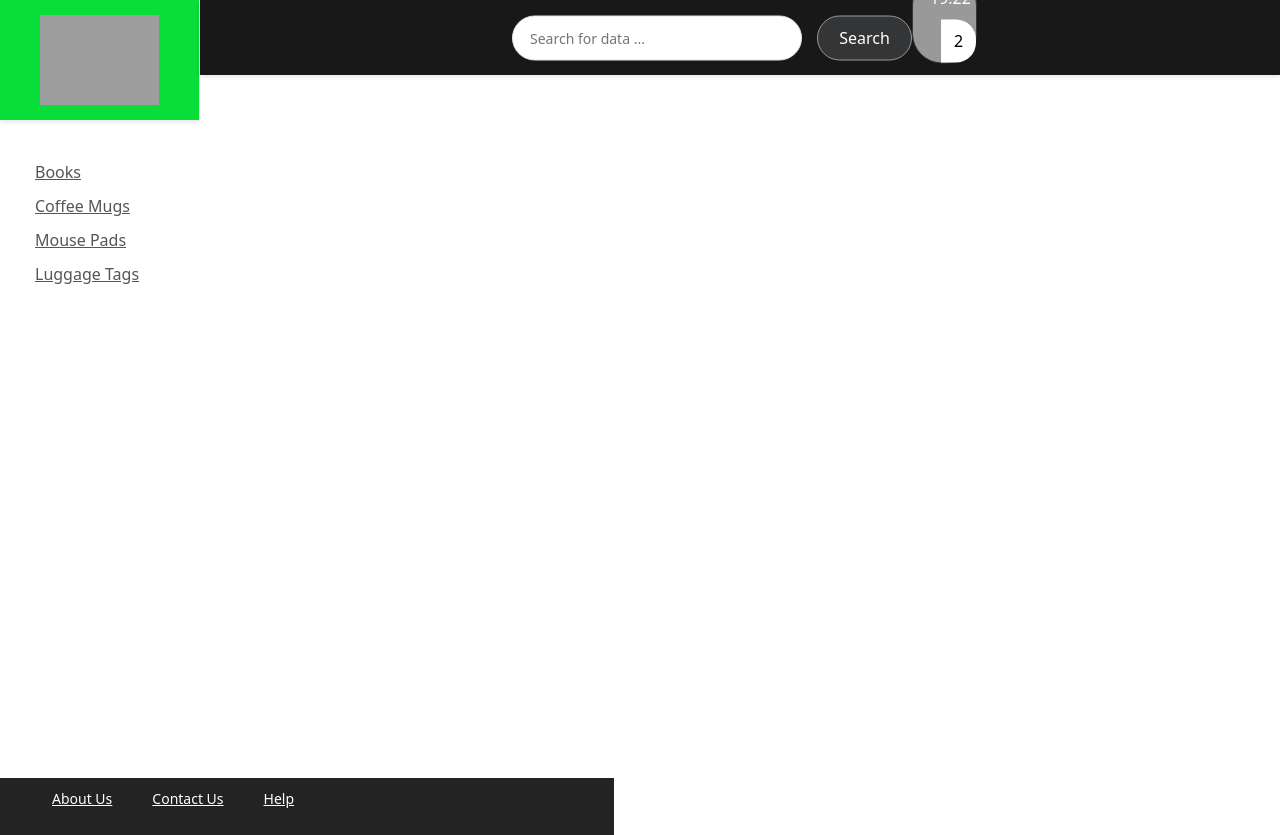
Repository: mustafa-alperen-yilmaz/e-commerce-app
Page: / (app in ecommerceangular/)
These files come from the project's save history. The page is drawn as it stood at one moment and after the next save; the edit follows.
The browser window is 1280 px wide. The pictures show the whole page.
Pictures or frames that could not be fetched are drawn as grey boxes. The page's requests for data from a server got no answer. The project was rebuilt for these pictures with package versions that can differ from the ones it lists, and the page was loaded fresh each time. No one was signed in, and anything a server would have sent is missing. Also part of the build but not shown: ecommerceangular/angular.json.

Above is the page before, as saved 2023-03-08 02:50:58.

### ecommerceangular/src/index.html
<!doctype html>
<html lang="en">
<head>
  <meta charset="utf-8">
  <meta name="viewport" content="width=device-width, initial-scale=1 , shrink-to-fit=no">
  <title>Ecommerce App</title>
  <base href="/">
  <link rel="icon" type="image/x-icon" href="favicon.ico">
</head>
<body>
  <app-root></app-root>
</body>
</html>

### ecommerceangular/src/styles.css
*{
  margin:0;
  padding:0;
  -webkit-box-sizing:border-box;
  -moz-box-sizing:border-box;
  box-sizing:border-box
}

body{
  font-family:Poppins,sans-serif;
  font-weight:400;
  font-size:16px;
  line-height:1.625;
  color:#666;
  -webkit-font-smoothing:antialiased;
  -moz-osx-font-smoothing:grayscale
}

ul{
  margin:0
}

button,input[type=button]{
  cursor:pointer
}

button:focus,input:focus{
  outline:0
}

input{
  border:none
}

button{
  border:none;
  background:0 0
}

img{
  max-width:100%;
  height:auto
}

p{
  margin:0
}

h1,h2,h3,h4,h5,h6{
  color:#333;
  font-weight:700;
  margin:0;
  line-height:1.2
}

h1{
  font-size:36px
}

h2{
  font-size:30px
}

h3{
  font-size:24px
}

h4{
  font-size:18px
}

h5{
  font-size:15px
}

h6{
  font-size:13px
}

a{
  display:inline-block
}

a:active,a:focus,a:hover{
  text-decoration:none;
  outline:0
}

a,a:hover{
  -webkit-transition:all .3s ease;
  -o-transition:all .3s ease;
  -moz-transition:all .3s ease;
  transition:all .3s ease
}

/*Layout Css*/
.section-content-p35{
  padding:0 35px
}

.page-wrapper{
  overflow:hidden;
  background:#e5e5e5;
  padding-bottom:8vh
}

.page-container{
  background:#f5f5f5;
  padding-left:200px
}

.main-content{
  padding-top:116px;
  min-height:100vh
}

aside.menu-sidebar.d-none.d-lg-block.clr{
  background:0 0;
  z-index:99999999;
  height:75px;
  box-shadow:-2px 0 4px #0000003b
}

/*
* ----------------------------
* Header Desktop Section
* ----------------------------
*/

.header-desktop{
  background:#181818;
  -webkit-box-shadow:0 2px 5px 0 rgba(0,0,0,.1);
  -moz-box-shadow:0 2px 5px 0 rgba(0,0,0,.1);
  box-shadow:0 2px 5px 0 rgba(0,0,0,.1);
  position:fixed;
  top:0;
  right:0;
  left:200px;
  height:75px;
  z-index:3
}

.header-desktop .section-content{
  overflow:visible;
  position:absolute;
  top:50%;
  left:0;
  right:0;
  -webkit-transform:translateY(-50%);
  -moz-transform:translateY(-50%);
  -ms-transform:translateY(-50%);
  -o-transform:translateY(-50%);
  transform:translateY(-50%)
}

.header-wrap{
  display:-webkit-box;
  display:-webkit-flex;
  display:-moz-box;
  display:-ms-flexbox;
  display:flex;
  -webkit-box-align:center;
  -webkit-align-items:center;
  -moz-box-align:center;
  -ms-flex-align:center;
  align-items:center;
  -webkit-box-pack:justify;
  -webkit-justify-content:space-between;
  -moz-box-pack:justify;
  -ms-flex-pack:justify;
  justify-content:space-between
}

.header-button{
  display:-webkit-box;
  display:-webkit-flex;
  display:-moz-box;
  display:-ms-flexbox;
  display:flex;
  -webkit-box-align:center;
  -webkit-align-items:center;
  -moz-box-align:center;
  -ms-flex-align:center;
  align-items:center
}

.number{
  padding:6px 0
}

.arrows i{
  font-size:30px;
  padding:4px 4px
}

section{
  position:relative
}

.section-content{
  position:relative;
  margin:0 auto;
  z-index:1
}

.section-content-p30{
  padding:0 300px
}

.au-input-xl{
  min-width:935px
}

input.au-input.au-input-xl{
  border-radius:40px!important;
  margin-right:15px
}

.au-input{
  line-height:43px;
  border:1px solid #e5e5e5;
  font-size:14px;
  color:#666;
  padding:0 17px;
  -webkit-border-radius:3px;
  -moz-border-radius:3px;
  border-radius:3px;
  -webkit-transition:all .5s ease;
  -o-transition:all .5s ease;
  -moz-transition:all .5s ease;
  transition:all .5s ease
}

.cart-area.d-n{
  display:block
}

.cart-area i{
  font-size:22px;
  float:left;
  margin-top:16px;
  color:#fff;
  margin-left:15px
}

.total{
  background:#999999;
  line-height:43px;
  color:#fff;
  border-radius:30px;
  border:1px solid #343536;
  float:left;
  margin-top:7px;
  padding-left:17px
}

.total span{
  display:inline-block;
  background:#fff;
  padding:0 13px;
  color:#000;
  border-top-right-radius:20px;
  border-bottom-right-radius:20px;
  margin-left:11px
}

.form-header{
  display:-webkit-box;
  display:-webkit-flex;
  display:-moz-box;
  display:-ms-flexbox;
  display:flex
}

.au-btn-submit{
  position:relative;
  right:0;
  min-width:95px;
  color:#fff;
  border:1px solid #999999;
  -webkit-border-radius:3px;
  -moz-border-radius:3px;
  border-radius:43px;
  background:#343536
}

.au-btn-submit:hover{
  background:#4a4d55
}

.au-btn-submit>i{
  font-size:20px;
  color:#fff;
  position:absolute;
  top:50%;
  left:50%;
  -webkit-transform:translate(-50%,-50%);
  -moz-transform:translate(-50%,-50%);
  -ms-transform:translate(-50%,-50%);
  -o-transform:translate(-50%,-50%);
  transform:translate(-50%,-50%)
}

/*
* ----------------------------
* Left Menu Bar
* ----------------------------
*/

.menu-sidebar{
  width:200px;
  position:fixed;
  left:0;
  top:0;
  bottom:0;
  background:#fff;
  overflow-y:auto
}

.menu-sidebar .logo{
  background:#09dd37;
  height:120px;
  padding:0 40px;
  display:-webkit-box;
  display:-webkit-flex;
  display:-moz-box;
  display:-ms-flexbox;
  display:flex;
  -webkit-box-align:center;
  -webkit-align-items:center;
  -moz-box-align:center;
  -ms-flex-align:center;
  align-items:center;
  -webkit-box-shadow:0 2px 5px 0 rgba(0,0,0,.1);
  -moz-box-shadow:0 2px 5px 0 rgba(0,0,0,.1);
  box-shadow:0 2px 5px 0 rgba(0,0,0,.1);
  border-right:1px solid #e5e5e5;
  position:relative;
  z-index:3
}

.menu-sidebar .navbar-list .navbar-sub-list{
  display:none;
  padding-left:34px
}

.menu-sidebar .navbar-list .navbar-sub-list li a{
  padding:11.5px 0
}

.menu-sidebar-content{
  position:relative;
  height:-webkit-calc(100vh - 75px);
  height:-moz-calc(100vh - 75px);
  height:calc(100vh - 75px)
}

.navbar-sidebar{
  padding:35px;
  padding-bottom:0
}

.navbar-sidebar .navbar-list li a{
  display:block;
  color:#555;
  font-size:16px;
  padding:5px 0
}

.navbar-sidebar .navbar-list li a i{
  margin-right:19px
}

.navbar-sidebar .navbar-list li a:hover{
  color:#0da8e4
}

/*
* ----------------------------
* Header Mobile Section
* ----------------------------
*/

.header-mobile{
  position:absolute;
  top:0;
  left:0;
  right:0
}
.header-mobile .header-mobile-bar{
  padding:15px 0;    background: #fff;
}
.header-mobile .header-mobile-inner{
  display:-webkit-box;
  display:-webkit-flex;
  display:-moz-box;
  display:-ms-flexbox;
  display:flex;
  -webkit-box-align:center;
  -webkit-align-items:center;
  -moz-box-align:center;
  -ms-flex-align:center;
  align-items:center;
  -webkit-box-pack:justify;
  -webkit-justify-content:space-between;
  -moz-box-pack:justify;
  -ms-flex-pack:justify;
  justify-content:space-between
}
.header-mobile .hamburger{
  width:36px;
  height:36px;
  padding:0;
  line-height:1;
  vertical-align:top;
  background:#fff;
  display:-webkit-box;
  display:-webkit-flex;
  display:-moz-box;
  display:-ms-flexbox;
  display:flex;
  -webkit-box-pack:center;
  -webkit-justify-content:center;
  -moz-box-pack:center;
  -ms-flex-pack:center;
  justify-content:center;
  -webkit-box-align:center;
  -webkit-align-items:center;
  -moz-box-align:center;
  -ms-flex-align:center;
  align-items:center
}
.header-mobile .hamburger .hamburger-box{
  width:20px;
  height:15px
}
.header-mobile .hamburger .hamburger-box .hamburger-inner{
  width:20px;
  height:2px;
  -webkit-border-radius:0;
  -moz-border-radius:0;
  border-radius:0
}
.header-mobile .hamburger .hamburger-box .hamburger-inner:before{
  width:20px;
  height:2px;
  top:6px
}
.header-mobile .hamburger .hamburger-box .hamburger-inner:after{
  top:12px;
  width:20px;
  height:2px
}
.header-mobile .navbar-mobile{
  display:none;
  position:absolute;
  width:100%;
  top:88px;
  z-index:20
}
.header-mobile .navbar-mobile .navbar-mobile-list{
  background:#f8f8f8
}
.header-mobile .navbar-mobile .navbar-mobile-list>li>a{
  padding-left:15px!important
}
.header-mobile .navbar-mobile .navbar-mobile-list li a{
  color:#555;
  display:block;
  padding:10px 15px;
  padding-right:25px;
  padding-left:0;
  border-bottom:1px solid #e6e6e6;
  text-transform:capitalize;
  line-height:inherit
}
.header-mobile .navbar-mobile .navbar-mobile-list li a:hover{
  color:#0da8e4
}
.header-mobile .navbar-mobile .navbar-mobile-list li a>i{
  margin-right:19px
}
.navbar-mobile-sub-list{
  display:none;
  padding-left:30px;
  background:#fff
}
.header-mobile .navbar-mobile .navbar-mobile-sub-list li a{
  padding-left:15px
}
.header-mobile-2{
  background:#393939;
  position:static
}
.header-mobile-2.header-mobile .navbar-mobile{
  top:82px
}
.header-mobile-2.header-mobile .hamburger{
  background:0 0
}
.header-mobile-2.header-mobile .hamburger .hamburger-box .hamburger-inner{
  background:#fff
}
.header-mobile-2.header-mobile .hamburger .hamburger-box .hamburger-inner::before{
  background:#fff
}
.header-mobile-2.header-mobile .hamburger .hamburger-box .hamburger-inner::after{
  background:#fff
}
.main-content.page-m{
  padding:10% 15%!important
}

/*
* ----------------------------
* Products List
* ----------------------------
*/

.product-box img {
  width: 150px;
}

.items select {
  width: 100px;
  height: 40px;
  border-radius: 40px;
  padding-left: 15px;
  margin-bottom: 10px;
  outline: 0;
  margin-left: 5px;
}
.product-box{
  margin-bottom:60px
}
.price{
  margin:15px 0 0;
  font-weight:800;
  color:#0da8e4;
}
.product-box h1{
  font-size:18px;
  border-bottom:1px solid #ccc;
  padding-bottom:5px;
  font-weight:600;
  padding-top:12px;
  margin-bottom:7px
}
.product-box h2{
  font-size:15px;
  padding-bottom:0;
  font-weight:500;
  color:#585858
}

/*
* ----------------------------
* Shopping Cart Checkout
* ----------------------------
*/

.form-area{
  background:#e5e5e5;
  position:relative;
  margin-bottom:45px;
  padding:50px 20px;
  border:3px solid #ccc
}
.form-area h3{
  position:absolute;
  top:-26px;
  left:13px;
  background:#e5e5e5;
  padding:10px 20px;
  font-weight:500;
  z-index:23;
  display:inline-block
}
.input-space{
  margin-bottom:20px
}
.input-space label{
  padding-left:31px;
  font-size:14px;
  margin-bottom:50px
}
.input-space input[type=text]{
  width:100%;
  height:40px;
  border-radius:30px;
  outline:0;
  padding:10px;
  border:1px solid #ccc
}
.input-space select{
  width:100%;
  height:40px;
  border-radius:30px;
  outline:0;
  padding:0 10px;
  border:1px solid #ccc
}
.au-checkbox{
  display:block;
  position:relative;
  cursor:pointer;
  font-size:22px;
  -webkit-user-select:none;
  -moz-user-select:none;
  -ms-user-select:none;
  user-select:none
}
.au-checkbox input{
  position:absolute;
  opacity:0;
  cursor:pointer
}
.au-checkmark{
  position:absolute;
  top:0;
  left:0;
  height:22px;
  width:22px;
  background-color:#fff!important;
  border:2px solid #e5e5e5;
  -webkit-border-radius:2px;
  -moz-border-radius:2px;
  border-radius:2px
}
.au-checkbox:hover input~.au-checkmark{
  background-color:transparent
}
.au-checkbox input:checked~.au-checkmark{
  background-color:#fff
}
.au-checkmark:after{
  content:"";
  position:absolute;
  display:none
}
.au-checkbox input:checked~.au-checkmark:after{
  display:block
}
label.date{
  padding-top:8px
}
.au-checkbox .au-checkmark:after{
  left:5px;
  top:-1px;
  width:9px;
  height:15px;
  border:solid #0da8e4;
  border-width:0 4px 4px 0;
  -webkit-border-radius:2px;
  -moz-border-radius:2px;
  border-radius:2px;
  -webkit-transform:rotate(45deg);
  -moz-transform:rotate(45deg);
  -ms-transform:rotate(45deg);
  -o-transform:rotate(45deg);
  transform:rotate(45deg)
}
option:first{
  color:#ccc
}
select{
  color:#828482
}

/*
* ----------------------------
* Shopping Cart Details
* ----------------------------
*/

.table{
  margin:0
}
table.table.table-bordered{
  border:1px solid #ccc;
  background:#fff
}
.table-bordered td,.table-bordered th{
  border:1px solid #dee2e6
}
table.table.table-bordered th{
  BACKGROUND:#0da8e4;
  color:#fff;
  font-size:14px;
  padding:7px
}
.table-responsive{
  padding-right:1px
}
.items select{
  width:100px;
  height:40px;
  border-radius:40px;
  padding-left:15px;
  margin-bottom:10px;
  outline:0;
  margin-left:5px
}

/*
* ----------------------------
* Product Details
* ----------------------------
*/

.price{
  margin:15px 0 0;
  font-weight:800;
  color:#000000
}
.detail-section{
  margin-top:60px
}
/**/

/*
* ----------------------------
* Buttons
* ----------------------------
*/

.btn-info{
  color:#fff;
  background-color:#0da8e4!important;
  border-color:#0da8e4!important
}
a.primary-btn{
  background:#100029;
  padding:7px 20px;
  text-align:center;
  display:inline-block;
  color:#fff;
  border-radius:2px;
  font-size:14px;
  margin-top:5px
}
a.primary-btn:hover{
  background:#999999;
  color:#fff
}

.active-link {
font-weight: bold;
}

/*
* ----------------------------
* Footer section
* ----------------------------
*/

footer ul li a{
  color:#fff
}
footer{
  background:#232324;
  z-index:1;
  position:absolute;
  text-align:center;
  padding:0px 300px 0px 0px;
}
footer li a{
  color:#313131;
  font-weight:500
}
footer ul li{
  display:inline-block;
  font-size:14px;
  padding:10px 20px
}

/*
* ----------------------------
* Media Queries
* ----------------------------
*/

@media (max-width:1600px){
  .au-input-xl{
      min-width:290px
  }
}
@media (max-width:1315px) and (min-width:992px){
  .header-desktop3 .section-content{
      padding:0 15px
  }
}
@media (max-width:1570px) and (min-width:992px){
  .header-navbar ul li a{
      padding:25px 15px
  }
}
@media (max-width:1315px) and (min-width:992px){
  .header-navbar ul li a{
      font-size:13px;
      padding:27px 15px
  }
  .header-navbar ul li a i{
      margin-right:5px
  }
}

@media (min-width:1200px){
  .container{
      max-width:1320px
  }
}

@media (min-width:992px) and (max-width:1199px){
  .cart-area i{
      font-size:22px;
      float:left;
      margin-top:16px;
      color:#f5f5f5;
      margin-left:15px
  }
  .header-mobile .header-mobile-bar{
      padding:10px 0;
      background:#fff
  }
  .header-wrap .account-item>.content{
      display:none
  }
}


@media (max-width:991px){
   .section-content-p30{
      padding:0
  }
  .page-container{
      position:relative;
      top:88px;
      padding-left:0
  }
   .page-wrapper{
      background:#e5e5e5;
      padding-bottom:12vh
  }
   .main-content{
      padding-top:50px;
      padding-bottom:100px
  }
   .cart-area.d-n{
      display:none
  }
  .form-header{
      -webkit-box-pack:center;
      -webkit-justify-content:center;
      -moz-box-pack:center;
      -ms-flex-pack:center;
      justify-content:center
  }
   .au-input-xl{
      min-width:350px
  }
    .logo{
      text-align:center
  }
  .header-desktop{
      position:relative;
      top:0;
      left:0;
      height:80px
  }
  .header-wrap{
      -webkit-box-orient:vertical;
      -webkit-box-direction:normal;
      -webkit-flex-direction:column;
      -moz-box-orient:vertical;
      -moz-box-direction:normal;
      -ms-flex-direction:column;
      flex-direction:column
  }
  .header-button{
      margin-top:30px;
      width:100%;
      -webkit-box-pack:justify;
      -webkit-justify-content:space-between;
      -moz-box-pack:justify;
      -ms-flex-pack:justify;
      justify-content:space-between
  }
  .menu-sidebar2{
      top:0;
      right:-300px;
      left:auto;
      -webkit-box-shadow:0 5px 10px 0 rgba(0,0,0,.1);
      -moz-box-shadow:0 5px 10px 0 rgba(0,0,0,.1);
      box-shadow:0 5px 10px 0 rgba(0,0,0,.1)
  }
   .header-desktop2{
      left:0;
      position:relative
  }
   .header-desktop4{
      position:static
  }
   .section-content.section-content-p30.e-spc{
      padding-top:100px
  }
  header.header-desktop.extra{
      top:93px!important
  }
  .cart-area i{
      font-size:22px;
      float:left;
      margin-top:16px;
      color:#205b8d;
      margin-left:15px
  }
      .header-wrap2{
      -webkit-box-pack:justify;
      -webkit-justify-content:space-between;
      -moz-box-pack:justify;
      -ms-flex-pack:justify;
      justify-content:space-between
  }
}


@media (max-width:767px){
    .au-input-xl{
      min-width:150px
  }
  .header-button-item{
      font-size:22px;
      margin-right:15px
  }
      .main-content.page-m{
      padding:10% 0!important
  }
  .header-mobile .navbar-mobile{
      display:none;
      position:absolute;
      width:100%;
      top:66px;
      z-index:20
  }
  .section-content.section-content-p30.e-spc{
      padding-top:100px
  }
  header.header-desktop.extra{
      top:64px!important
  }
  .header-desktop{
      position:relative;
      top:0;
      left:0;
      height:80px
  }
  a.logo img{
      width:110px
  }

  .cart-area i{
      font-size:22px;
      float:left;
      margin-top:16px;
      color:#205b8d;
      margin-left:15px
  }
  .footer-pagination{
      text-align:center
  }
  .product-box{
      text-align:centerg
  }
  .page-container{
      position:relative;
      top:66px;
      padding-left:0
  }
  .au-btn-submit{
      position:relative;
      right:10px;
      min-width:85px;
      color:#fff;
      border:1px solid #205b8d;
      -webkit-border-radius:3px;
      -moz-border-radius:3px;
      border-radius:0;
      background:#205b8d
  }
  input.au-input.au-input-xl{
      border-radius:0!important;
      margin-right:0
  }
  .cart-area.d-b{
      display:block
  }
  .cart-area.d-n{
      display:none
  }
  .cart-area i{
      font-size:18px;
      float:left;
      margin-top:16px;
      color:#03a9f4;
      margin-left:15px
  }
  .total span{
      display:inline-block;
      background:#fff;
      padding:0 10px;
      color:#000;
      border-top-right-radius:20px;
      border-bottom-right-radius:20px;
      margin-left:6px
  }
  .total{
      background:#343536;
      line-height:30px;
      color:#fff;
      border-radius:30px;
      border:1px solid #999999;
      float:left;
      margin-top:9px;
      padding-left:12px
  }
  .header-mobile .header-mobile-bar{
      padding:6px 0;
      background:#fff;
      border:0;
      padding:8px 0
  }
}

### ecommerceangular/src/app/app.module.ts
import { NgModule } from '@angular/core';
import { BrowserModule } from '@angular/platform-browser';

import { AppComponent } from './app.component';
import { ProductListComponent } from './components/product-list/product-list.component';
import {HttpClientModule} from '@angular/common/http';
import { ProductService } from './services/product.service';

@NgModule({
  declarations: [
    AppComponent,
    ProductListComponent
  ],
  imports: [
    BrowserModule,
    HttpClientModule
  ],
  providers: [ProductService],
  bootstrap: [AppComponent]
})
export class AppModule { }

### ecommerceangular/src/app/app.component.ts
import { Component } from '@angular/core';

@Component({
  selector: 'app-root',
  templateUrl: './app.component.html',
  styleUrls: ['./app.component.css']
})
export class AppComponent {
  title = 'ecommerceangular';
}

### ecommerceangular/src/app/components/product-list/product-list.component.ts
import { Component , OnInit } from '@angular/core';
import { ProductService } from 'src/app/services/product.service';
import { Product } from 'src/app/common/product';

@Component({
  selector: 'app-product-list',
  //templateUrl: './product-list-table.component.html',
  templateUrl: './product-list-grid.component.html',
  //templateUrl: './product-list.component.html',
  styleUrls: ['./product-list.component.css']
})
export class ProductListComponent implements OnInit {
  products : Product[] =[];
  constructor(private productService: ProductService){
    }
  ngOnInit():void{
    this.listProducts();
  }
  listProducts(){
    this.productService.getProductList()
    .subscribe(data => {
      this.products = data;
    })
  }
}

### ecommerceangular/src/app/services/product.service.ts
import { Injectable } from '@angular/core';
import { HttpClient, HttpResponse } from '@angular/common/http';
import { Observable } from 'rxjs';
import { map } from 'rxjs/operators';
import {Product} from '../common/product';

@Injectable({
  providedIn: 'root'
})
export class ProductService {
  private baseUrl="http://localhost:8080/api/products"; // standart shows 20 products if we want add ?size=number it shows number of products.
  constructor(private httpClient : HttpClient) { }
  getProductList(): Observable<Product[]>{
    return this.httpClient.get<GetResponse>(this.baseUrl)
    .pipe(map(response => response._embedded.products)
    );
  }
}
interface GetResponse {
  _embedded:{
    products: Product[];
  }
}

### ecommerceangular/src/app/components/product-list/product-list-table.component.html
<table class="table">
  <thead class="thead-dark">
    <tr>
      <th>Name</th>
      <th>Price</th>
      <th>Units In Stock</th>
    </tr>
  </thead>
  <tbody>
    <tr *ngFor="let tempProduct of products">
      <td class="align-middle">
        <img src="{{ tempProduct.imageUrl}}" height="70" alt=""/>
      </td>
        <td class="align-middle">{{ tempProduct.name }} </td>
        <td class="align-middle">{{tempProduct.unitPrice | currency : 'EUR'}}</td>
        <td class="align-middle">{{ tempProduct.unitsInStock}}</td>
    </tr>
  </tbody>
</table>
<p *ngFor="let tempProduct of products"> <!-- In Angular we use *ngFor to show our existing list in our HTML page. -->
  {{ tempProduct.name }} : {{tempProduct.unitPrice | currency : 'EUR'}}
</p>

### ecommerceangular/src/app/components/product-list/product-list-grid.component.html
<div class="main-content">
  <div class="section-content section-content-p30">
    <div class="container-fluid">
      <div class="row">
          <div *ngFor="let tempProduct of products" class="col-md-3">
            <div class="product-box">
              <img src="{{tempProduct.imageUrl}}" alt="" class="img-responsive">
              <h1>{{tempProduct.name}}</h1>
              <div class="price">
                {{tempProduct.unitPrice | currency : 'EUR'}}
              </div>
              <a href="#" class="primary-btn" title="button">Add to Card</a>
            </div>
          </div>
      </div>
    </div>
  </div>
</div>

### ecommerceangular/src/app/components/product-list/product-list.component.html
<p *ngFor="let tempProduct of products"> <!-- In Angular we use *ngFor to show our existing list in our HTML page. -->
  {{ tempProduct.name }} : {{tempProduct.unitPrice | currency : 'EUR'}}
</p>

Loaded but not shown: ecommerceangular/src/main.ts (common file); ecommerceangular/src/app/app.component.html (61 lines, source omitted); ecommerceangular/src/app/app.component.css (no stored copy; drawn as an empty file); ecommerceangular/src/app/components/product-list/product-list.component.css (no stored copy; drawn as an empty file)

After the next save:
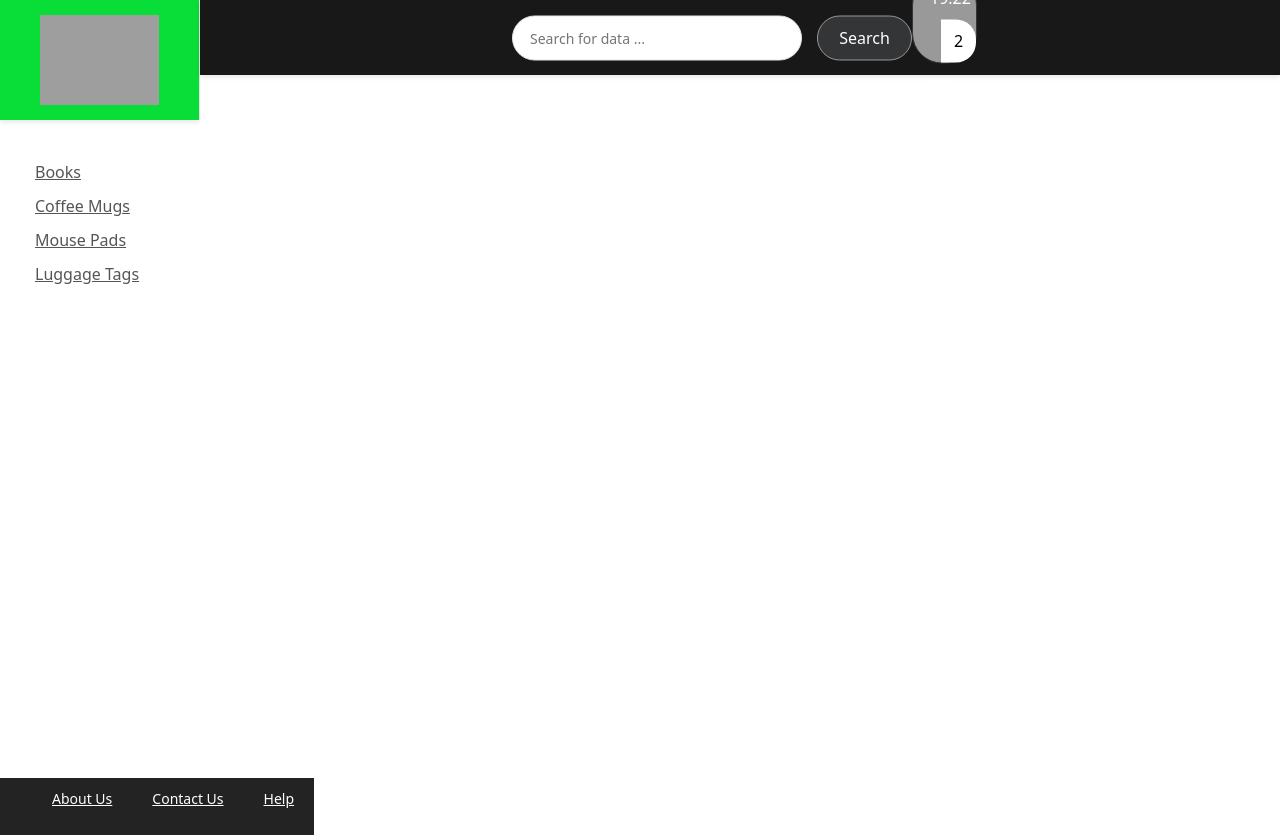
Saved 6 s later.
--- a/ecommerceangular/src/styles.css
+++ b/ecommerceangular/src/styles.css
@@ -762,7 +762,7 @@ footer{
   z-index:1;
   position:absolute;
   text-align:center;
-  padding:0px 300px 0px 0px;
+  padding:0px 0px 0px 0px;
 }
 footer li a{
   color:#313131;
